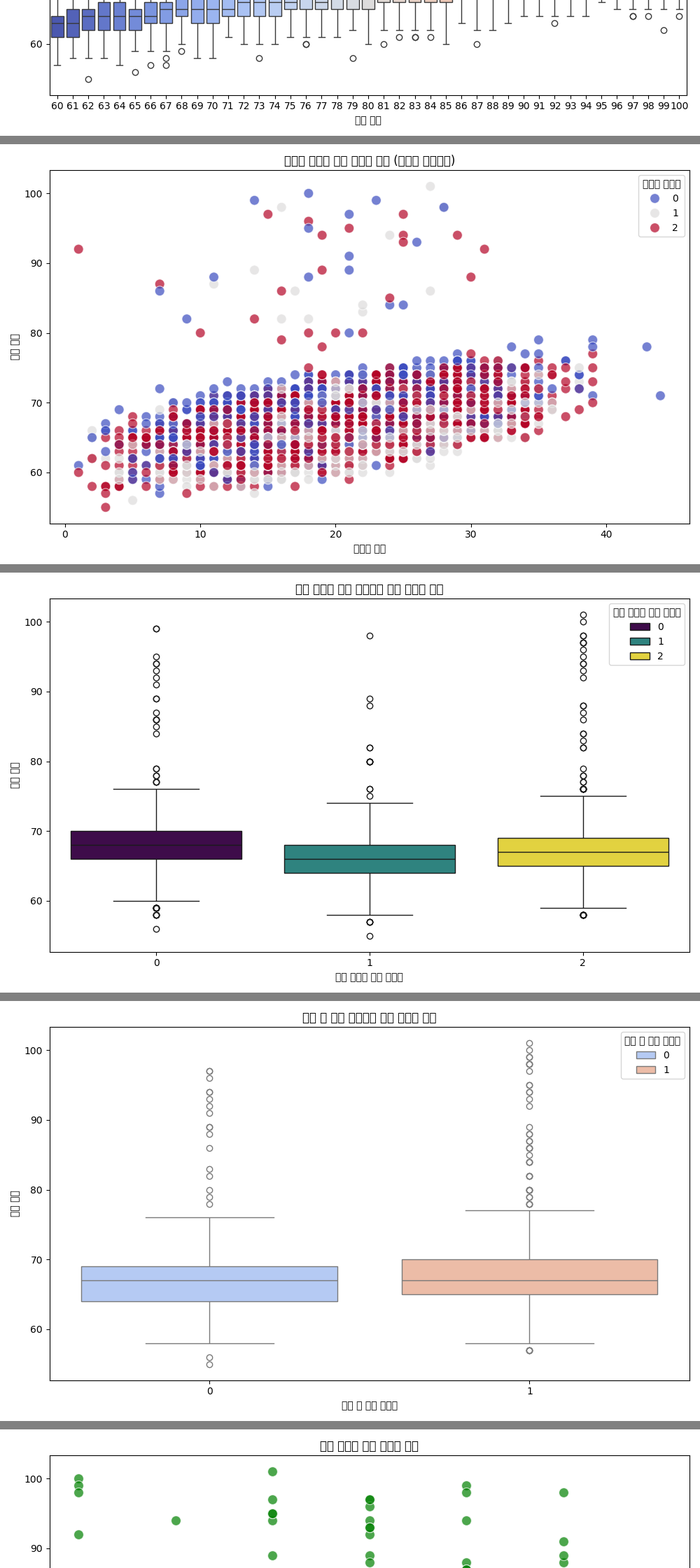
Repository: dldnwls07/BigDataStudy
Script's output: python analyze_data.py
The author's editor kept a copy of each file at every save. The script's output is drawn from the files as they stood at one save, then again after the next save.
The pictures show rows 406 to 2646 of an output 4884 px tall, at 70% of full size.
Each picture stacks the figures in order, with grey between them; figures that are only written to a file come last. The script is stopped after its 8th figure. Random numbers start from a fixed seed.

Above is the script's output before, as saved 2025-04-27 14:55:12.

### analyze_data.py
import pandas as pd
import matplotlib.pyplot as plt
import matplotlib as mpl
import seaborn as sns
from sklearn.preprocessing import LabelEncoder

# 한글 폰트 설정 (Windows의 경우)
mpl.rc('font', family='Malgun Gothic')
plt.rcParams['axes.unicode_minus'] = False  # 마이너스 기호 깨짐 방지

# CSV 파일 로드 (인코딩 수정)
file_path = "c:\\Users\\feca1\\Desktop\\공부(빅분)\\StudentPerformanceFactors.csv"
data = pd.read_csv(file_path, encoding='utf-8')

# 결측값 처리 (결측값을 'Unknown'으로 대체)
data.fillna('Unknown', inplace=True)

# 영어 컬럼명을 한글로 변경하기 위한 딕셔너리
column_mapping = {
    'Hours_Studied': '공부한 시간',
    'Attendance': '학교 출석',
    'Parental_Involvement': '부모의 참여도',
    'Access_to_Resources': '학습 자원에 대한 접근성',
    'Extracurricular_Activities': '방과 후 활동 참여도',
    'Sleep_Hours': '수면 시간',
    'Previous_Scores': '이전 시험 성적',
    'Motivation_Level': '학습의욕 수준',
    'Internet_Access': '인터넷 접근 여부',
    'Tutoring_Sessions': '개인 지도 세션 수',
    'Family_Income': '가정 소득',
    'Teacher_Quality': '교사의 수준',
    'School_Type': '학교 종류',
    'Peer_Influence': '또래의 영향',
    'Physical_Activity': '신체 활동 수준',
    'Learning_Disabilities': '학습 장애 여부',
    'Parental_Education_Level': '부모의 교육 수준',
    'Distance_from_Home': '집에서 학교까지의 거리',
    'Gender': '성별',
    'Exam_Score': '시험 점수'
}

# 원본 데이터 백업
data_original = data.copy()

# 데이터 컬럼명 변경
data = data.rename(columns=column_mapping)

# 데이터의 기본 정보와 첫 몇 줄 출력
print("데이터 기본 정보:")
print(data.info())
print("\n데이터 첫 5줄:")
print(data.head())

# 통계 요약
print("\n통계 요약:")
print(data.describe())

# 결측값 확인
print("\n결측값 확인:")
print(data.isnull().sum())

# 데이터 전처리: 범주형 변수를 숫자로 변환
encoder = LabelEncoder()

# 데이터 타입이 'object'인 컬럼만 인코딩
for col in data.columns:
    if data[col].dtype == 'object':
        data[col] = encoder.fit_transform(data[col])

# 상관관계 분석 수정: 인코딩된 데이터 사용
print("\n수정된 상관관계 분석 (범주형 데이터 인코딩 후):")
print(data.corr())

# 시각화와 저장을 처리하는 함수
def save_plot(plot_func, filename, *args, **kwargs):
    plt.figure(figsize=(10, 6))
    plot_func(*args, **kwargs)
    plt.tight_layout()
    plt.savefig(filename)
    plt.close()  # 플롯을 닫아 메모리 사용을 줄임

# 특정 열의 분포 시각화 (예: 시험 점수)
save_plot(plt.hist, '시험점수_분포.png', data['시험 점수'], bins=20, color='blue', alpha=0.7)

# 학교 출석과 시험 점수의 관계
plt.figure(figsize=(10, 6))
sns.boxplot(x='학교 출석', y='시험 점수', data=data, hue='학교 출석', palette='coolwarm', dodge=False)
plt.title('학교 출석과 시험 점수의 관계')
plt.xlabel('학교 출석')
plt.ylabel('시험 점수')
plt.tight_layout()
plt.savefig('학교출석_시험점수_박스플롯.png')
plt.show()

# 부모의 참여도와 시험 점수의 관계 (공부 시간 기준)
plt.figure(figsize=(10, 6))
sns.scatterplot(x='공부한 시간', y='시험 점수', hue='부모의 참여도', data=data, palette='coolwarm', s=100, alpha=0.7)
plt.title('공부한 시간과 시험 점수의 관계 (부모의 참여도별)')
plt.xlabel('공부한 시간')
plt.ylabel('시험 점수')
plt.legend(title='부모의 참여도')
plt.tight_layout()
plt.savefig('공부시간_시험점수_부모참여도별_산점도.png')
plt.show()

# 학습 자원에 대한 접근성과 시험 점수의 관계
plt.figure(figsize=(10, 6))
sns.boxplot(x='학습 자원에 대한 접근성', y='시험 점수', data=data, hue='학습 자원에 대한 접근성', palette='viridis', dodge=False)
plt.title('학습 자원에 대한 접근성과 시험 점수의 관계')
plt.xlabel('학습 자원에 대한 접근성')
plt.ylabel('시험 점수')
plt.tight_layout()
plt.savefig('학습자원접근성_시험점수_박스플롯.png')
plt.show()

# 방과 후 활동 참여도와 시험 점수의 관계
plt.figure(figsize=(10, 6))
sns.boxplot(x='방과 후 활동 참여도', y='시험 점수', data=data, hue='방과 후 활동 참여도', palette='coolwarm', dodge=False)
plt.title('방과 후 활동 참여도와 시험 점수의 관계')
plt.xlabel('방과 후 활동 참여도')
plt.ylabel('시험 점수')
plt.tight_layout()
plt.savefig('방과후활동참여도_시험점수_박스플롯.png')
plt.show()

# 수면 시간과 시험 점수의 관계
plt.figure(figsize=(10, 6))
sns.scatterplot(x='수면 시간', y='시험 점수', data=data, color='green', s=100, alpha=0.7)
plt.title('수면 시간과 시험 점수의 관계')
plt.xlabel('수면 시간')
plt.ylabel('시험 점수')
plt.tight_layout()
plt.savefig('수면시간_시험점수_산점도.png')
plt.show()

# 이전 시험 성적과 시험 점수의 관계
plt.figure(figsize=(10, 6))
sns.scatterplot(x='이전 시험 성적', y='시험 점수', data=data, color='purple', s=100, alpha=0.7)
plt.title('이전 시험 성적과 시험 점수의 관계')
plt.xlabel('이전 시험 성적')
plt.ylabel('시험 점수')
plt.tight_layout()
plt.savefig('이전시험성적_시험점수_산점도.png')
plt.show()

# 학습의욕 수준과 시험 점수의 관계
plt.figure(figsize=(10, 6))
sns.boxplot(x='학습의욕 수준', y='시험 점수', data=data, hue='학습의욕 수준', palette='coolwarm', dodge=False)
plt.title('학습의욕 수준과 시험 점수의 관계')
plt.xlabel('학습의욕 수준')
plt.ylabel('시험 점수')
plt.tight_layout()
plt.savefig('학습의욕수준_시험점수_박스플롯.png')
plt.show()

# 인터넷 접근 여부와 시험 점수의 관계
plt.figure(figsize=(10, 6))
sns.boxplot(x='인터넷 접근 여부', y='시험 점수', data=data, hue='인터넷 접근 여부', palette='viridis', dodge=False)
plt.title('인터넷 접근 여부와 시험 점수의 관계')
plt.xlabel('인터넷 접근 여부')
plt.ylabel('시험 점수')
plt.tight_layout()
plt.savefig('인터넷접근여부_시험점수_박스플롯.png')
plt.show()

# 가정 소득과 시험 점수의 관계
plt.figure(figsize=(10, 6))
sns.boxplot(x='가정 소득', y='시험 점수', data=data, hue='가정 소득', palette='coolwarm', dodge=False)
plt.title('가정 소득과 시험 점수의 관계')
plt.xlabel('가정 소득')
plt.ylabel('시험 점수')
plt.tight_layout()
plt.savefig('가정소득_시험점수_박스플롯.png')
plt.show()

# 교사의 수준과 시험 점수의 관계
plt.figure(figsize=(10, 6))
sns.boxplot(x='교사의 수준', y='시험 점수', data=data, hue='교사의 수준', palette='viridis', dodge=False)
plt.title('교사의 수준과 시험 점수의 관계')
plt.xlabel('교사의 수준')
plt.ylabel('시험 점수')
plt.tight_layout()
plt.savefig('교사수준_시험점수_박스플롯.png')
plt.show()

# 학교 종류와 시험 점수의 관계
plt.figure(figsize=(10, 6))
sns.boxplot(x='학교 종류', y='시험 점수', data=data, hue='학교 종류', palette='coolwarm', dodge=False)
plt.title('학교 종류와 시험 점수의 관계')
plt.xlabel('학교 종류')
plt.ylabel('시험 점수')
plt.tight_layout()
plt.savefig('학교종류_시험점수_박스플롯.png')
plt.show()

# 또래의 영향과 시험 점수의 관계
plt.figure(figsize=(10, 6))
sns.boxplot(x='또래의 영향', y='시험 점수', data=data, hue='또래의 영향', palette='viridis', dodge=False)
plt.title('또래의 영향과 시험 점수의 관계')
plt.xlabel('또래의 영향')
plt.ylabel('시험 점수')
plt.tight_layout()
plt.savefig('또래영향_시험점수_박스플롯.png')
plt.show()

# 신체 활동 수준과 시험 점수의 관계
plt.figure(figsize=(10, 6))
sns.boxplot(x='신체 활동 수준', y='시험 점수', data=data, hue='신체 활동 수준', palette='coolwarm', dodge=False)
plt.title('신체 활동 수준과 시험 점수의 관계')
plt.xlabel('신체 활동 수준')
plt.ylabel('시험 점수')
plt.tight_layout()
plt.savefig('신체활동수준_시험점수_박스플롯.png')
plt.show()

# 학습 장애 여부와 시험 점수의 관계
plt.figure(figsize=(10, 6))
sns.boxplot(x='학습 장애 여부', y='시험 점수', data=data, hue='학습 장애 여부', palette='viridis', dodge=False)
plt.title('학습 장애 여부와 시험 점수의 관계')
plt.xlabel('학습 장애 여부')
plt.ylabel('시험 점수')
plt.tight_layout()
plt.savefig('학습장애여부_시험점수_박스플롯.png')
plt.show()

# 부모의 교육 수준과 시험 점수의 관계
plt.figure(figsize=(10, 6))
sns.boxplot(x='부모의 교육 수준', y='시험 점수', data=data, hue='부모의 교육 수준', palette='coolwarm', dodge=False)
plt.title('부모의 교육 수준과 시험 점수의 관계')
plt.xlabel('부모의 교육 수준')
plt.ylabel('시험 점수')
plt.tight_layout()
plt.savefig('부모교육수준_시험점수_박스플롯.png')
plt.show()

# 집에서 학교까지의 거리와 시험 점수의 관계
plt.figure(figsize=(10, 6))
sns.boxplot(x='집에서 학교까지의 거리', y='시험 점수', data=data, hue='집에서 학교까지의 거리', palette='viridis', dodge=False)
plt.title('집에서 학교까지의 거리와 시험 점수의 관계')
plt.xlabel('집에서 학교까지의 거리')
plt.ylabel('시험 점수')
plt.tight_layout()
plt.savefig('집에서학교까지거리_시험점수_박스플롯.png')
plt.show()

# 성별과 시험 점수의 관계
plt.figure(figsize=(10, 6))
sns.boxplot(x='성별', y='시험 점수', data=data, hue='성별', palette='coolwarm', dodge=False)
plt.title('성별과 시험 점수의 관계')
plt.xlabel('성별')
plt.ylabel('시험 점수')
plt.tight_layout()
plt.savefig('성별_시험점수_박스플롯.png')
plt.show()

# 상관 행렬 히트맵 (인코딩된 데이터 사용)
save_plot(sns.heatmap, '상관관계_히트맵.png', data.corr(), annot=True, cmap='coolwarm', fmt='.2f', linewidths=0.5)

# 공부한 시간과 시험 점수 간의 산점도 (추가 시각화 - hue 사용)
save_plot(sns.scatterplot, '공부시간_시험점수_학습의욕수준별_산점도.png', x='공부한 시간', y='시험 점수', hue='학습의욕 수준', data=data, palette='viridis', s=100, alpha=0.7)

# AI 기반 진로 유형 분류 모델 생성
from sklearn.model_selection import train_test_split
from sklearn.ensemble import RandomForestClassifier
from sklearn.metrics import classification_report

if '진로 유형' in data.columns:
    # 데이터 전처리
    features = data[['공부한 시간', '학습의욕 수준', '이전 시험 성적']]  # 주요 특징 선택
    labels = data['진로 유형']
    features = pd.get_dummies(features, drop_first=True)  # 범주형 데이터 인코딩

    # 데이터 분할
    X_train, X_test, y_train, y_test = train_test_split(features, labels, test_size=0.2, random_state=42)

    # 모델 학습
    model = RandomForestClassifier(random_state=42)
    model.fit(X_train, y_train)

    # 예측 및 평가
    y_pred = model.predict(X_test)
    print("\n진로 유형 분류 모델 평가:")
    print(classification_report(y_test, y_pred))
else:
    print("\n'진로 유형' 열이 데이터에 없습니다.")

Loaded but not shown: data/original_data/StudentPerformanceFactors.csv (common file)

After the next save:
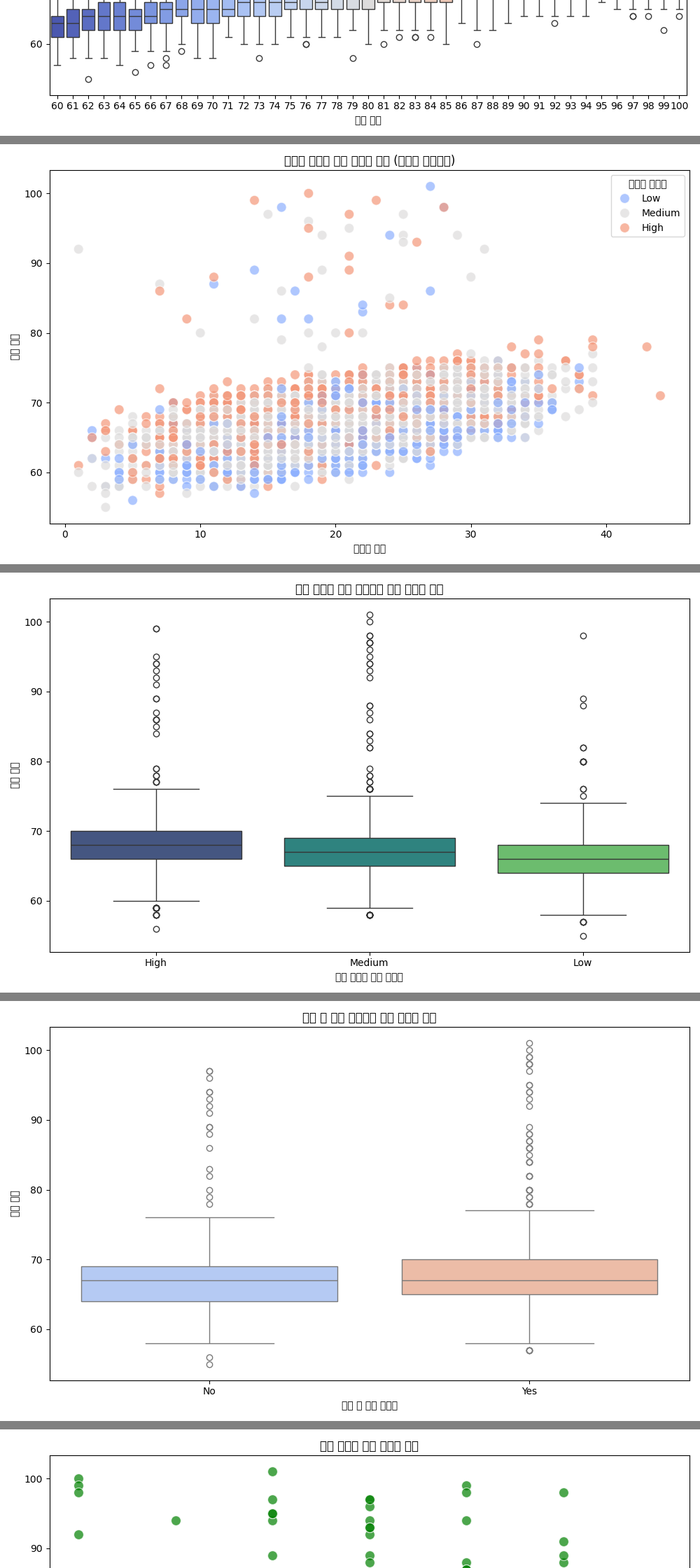
Saved 3 min 19 s later.
--- a/analyze_data.py
+++ b/analyze_data.py
@@ -2,7 +2,6 @@ import pandas as pd
 import matplotlib.pyplot as plt
 import matplotlib as mpl
 import seaborn as sns
-from sklearn.preprocessing import LabelEncoder
 
 # 한글 폰트 설정 (Windows의 경우)
 mpl.rc('font', family='Malgun Gothic')
@@ -10,7 +9,7 @@ plt.rcParams['axes.unicode_minus'] = False  # 마이너스 기호 깨짐 방지
 
 # CSV 파일 로드 (인코딩 수정)
 file_path = "c:\\Users\\feca1\\Desktop\\공부(빅분)\\StudentPerformanceFactors.csv"
-data = pd.read_csv(file_path, encoding='utf-8')
+data = pd.read_csv(file_path, encoding='utf-8-sig')
 
 # 결측값 처리 (결측값을 'Unknown'으로 대체)
 data.fillna('Unknown', inplace=True)
@@ -59,17 +58,40 @@ print(data.describe())
 print("\n결측값 확인:")
 print(data.isnull().sum())
 
+# 문자열 변수를 숫자로 매핑하는 딕셔너리 정의
+motivation_map = {'Low': 0, 'Medium': 1, 'High': 2}
+parental_inv_map = {'Low': 0, 'Medium': 1, 'High': 2}
+resources_map = {'Low': 0, 'Medium': 1, 'High': 2}
+learning_dis_map = {'Yes': 1, 'No': 0}
+internet_access_map = {'Yes': 1, 'No': 0}
+extracurricular_map = {'Yes': 1, 'No': 0}
+income_map = {'Low': 0, 'Medium': 1, 'High': 2}
+teacher_map = {'Low': 0, 'Medium': 1, 'High': 2}
+school_map = {'Public': 0, 'Private': 1}
+peer_map = {'Negative': -1, 'Neutral': 0, 'Positive': 1}
+edu_level_map = {'High School': 0, 'College': 1, 'Postgraduate': 2}
+distance_map = {'Near': 0, 'Moderate': 1, 'Far': 2}
+gender_map = {'Male': 0, 'Female': 1}
+
 # 데이터 전처리: 범주형 변수를 숫자로 변환
-encoder = LabelEncoder()
-
-# 데이터 타입이 'object'인 컬럼만 인코딩
-for col in data.columns:
-    if data[col].dtype == 'object':
-        data[col] = encoder.fit_transform(data[col])
+data_encoded = data.copy()
+data_encoded['학습의욕 수준'] = data['학습의욕 수준'].map(motivation_map)
+data_encoded['부모의 참여도'] = data['부모의 참여도'].map(parental_inv_map)
+data_encoded['학습 자원에 대한 접근성'] = data['학습 자원에 대한 접근성'].map(resources_map)
+data_encoded['학습 장애 여부'] = data['학습 장애 여부'].map(learning_dis_map)
+data_encoded['인터넷 접근 여부'] = data['인터넷 접근 여부'].map(internet_access_map)
+data_encoded['방과 후 활동 참여도'] = data['방과 후 활동 참여도'].map(extracurricular_map)
+data_encoded['가정 소득'] = data['가정 소득'].map(income_map)
+data_encoded['교사의 수준'] = data['교사의 수준'].map(teacher_map)
+data_encoded['학교 종류'] = data['학교 종류'].map(school_map)
+data_encoded['또래의 영향'] = data['또래의 영향'].map(peer_map)
+data_encoded['부모의 교육 수준'] = data['부모의 교육 수준'].map(edu_level_map)
+data_encoded['집에서 학교까지의 거리'] = data['집에서 학교까지의 거리'].map(distance_map)
+data_encoded['성별'] = data['성별'].map(gender_map)
 
 # 상관관계 분석 수정: 인코딩된 데이터 사용
 print("\n수정된 상관관계 분석 (범주형 데이터 인코딩 후):")
-print(data.corr())
+print(data_encoded.corr())
 
 # 시각화와 저장을 처리하는 함수
 def save_plot(plot_func, filename, *args, **kwargs):
@@ -145,7 +167,7 @@ plt.show()
 
 # 학습의욕 수준과 시험 점수의 관계
 plt.figure(figsize=(10, 6))
-sns.boxplot(x='학습의욕 수준', y='시험 점수', data=data, hue='학습의욕 수준', palette='coolwarm', dodge=False)
+sns.boxplot(x='학습의욕 수준', y='시험 점수', data=data, order=['Low', 'Medium', 'High'], hue='학습의욕 수준', palette='coolwarm', dodge=False)
 plt.title('학습의욕 수준과 시험 점수의 관계')
 plt.xlabel('학습의욕 수준')
 plt.ylabel('시험 점수')
@@ -254,7 +276,7 @@ plt.savefig('성별_시험점수_박스플롯.png')
 plt.show()
 
 # 상관 행렬 히트맵 (인코딩된 데이터 사용)
-save_plot(sns.heatmap, '상관관계_히트맵.png', data.corr(), annot=True, cmap='coolwarm', fmt='.2f', linewidths=0.5)
+save_plot(sns.heatmap, '상관관계_히트맵.png', data_encoded.corr(), annot=True, cmap='coolwarm', fmt='.2f', linewidths=0.5)
 
 # 공부한 시간과 시험 점수 간의 산점도 (추가 시각화 - hue 사용)
 save_plot(sns.scatterplot, '공부시간_시험점수_학습의욕수준별_산점도.png', x='공부한 시간', y='시험 점수', hue='학습의욕 수준', data=data, palette='viridis', s=100, alpha=0.7)
